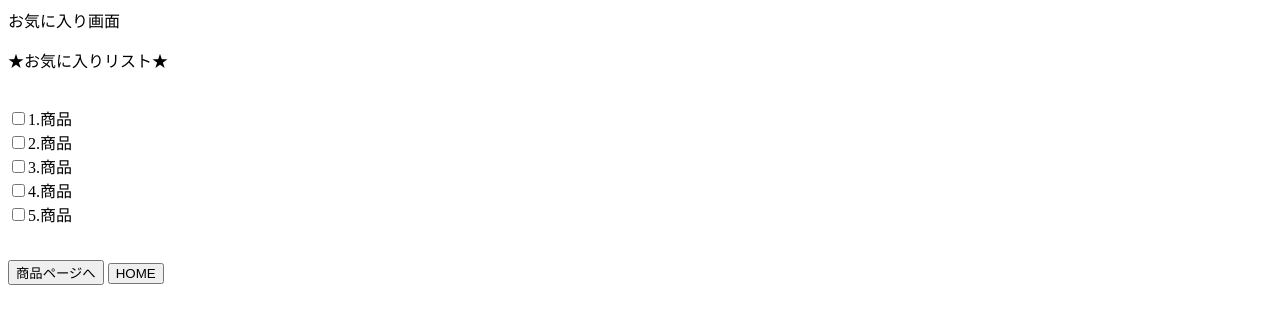
Repository: nathox/backup
Page: http://localhost/Favorite/
The author's editor kept a copy of each file at every save. The page is drawn from the files as they stood at one save, then again after the next save.
The browser window is 1280 px wide. The pictures show the whole page.
The page is served by Tomcat 9.

Above is the page before, as saved 2018-02-06 01:44:12.
Console error (its wording comes from the project's code and is left out).

After the next save:
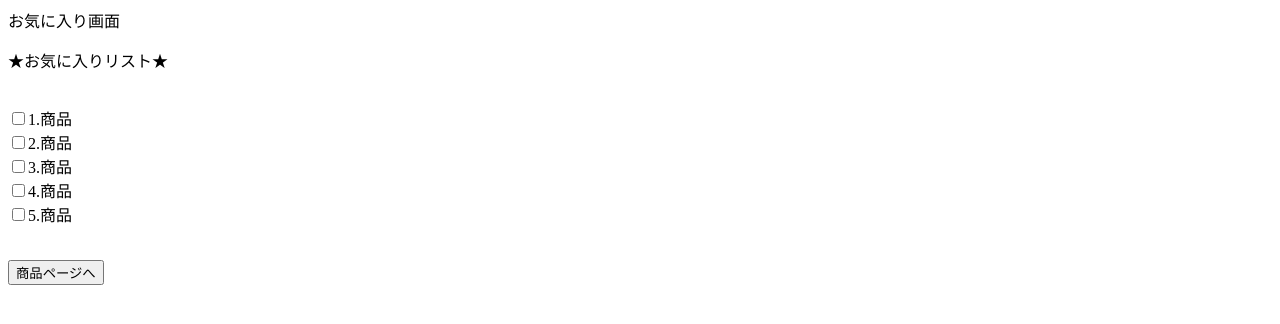
The error is gone.
Saved 16 s later.
--- a/Favorite/WebContent/a.jsp
+++ b/Favorite/WebContent/a.jsp
@@ -60,7 +60,6 @@ break;
 <p>
 <br><input type="button" value="商品ページへ" onclick="obakasannemou()">
 
-<input type="button" value="HOME" onclick="https://www.google.co.jp/maps()">
 
 </p>
 </form>
